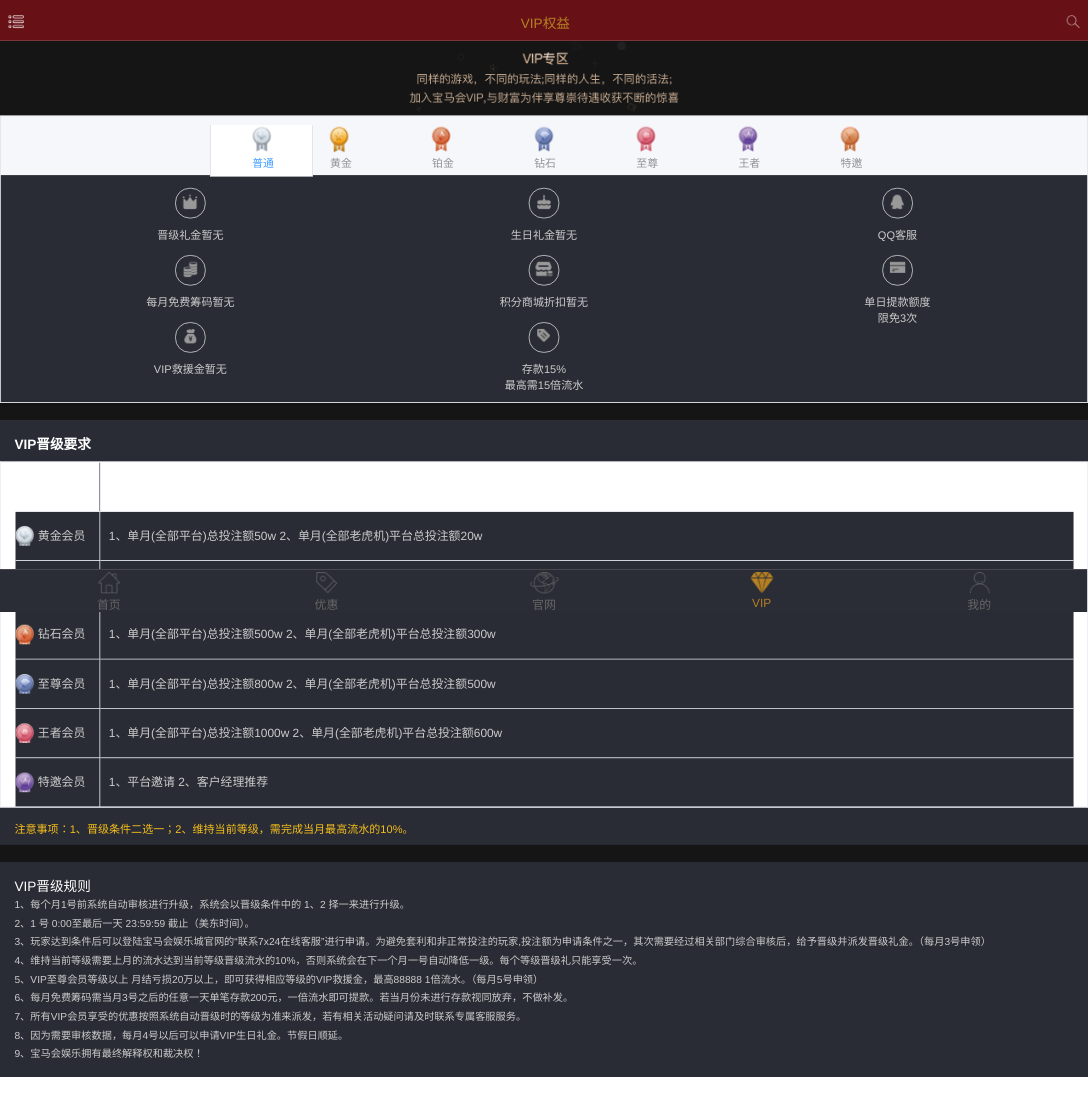
Repository: ada6688/IntegralMall
Page: /Vip
These files come from the project's save history. The page is drawn as it stood at one moment and after the next save; the edit follows.
The browser window is 1280 px wide. The pictures show the whole page, at 85% of full size.
The project was rebuilt for these pictures with package versions that can differ from the ones it lists, and the page was loaded fresh each time. Also part of the build but not shown: src/components/common/Topnav.vue, src/components/page/notice.vue, src/components/page/MainNav.vue, src/components/page/Member.vue, src/components/page/Youhui.vue, src/router/index.js.

Above is the page before, as saved 2020-01-02 20:01:18.

### index.html
<!DOCTYPE html>
<html>
  <head>
    <meta charset="utf-8">
    <meta name="viewport" content="width=device-width,initial-scale=1.0">
    <title>integralmall</title>
  </head>
  <body>
    <div id="app"></div>
    <!-- built files will be auto injected -->
  </body>
</html>

### src/assets/css/common.css
body,p,ul{
  margin: 0;
  padding: 0;
}
li{
  list-style: none;
}
/* 顶部栏 */
.top-nav{
  width: 100%;
  height: 3rem;
  line-height: 3.5rem;
  background-color: #671116;
  position: fixed;
  top: 0;
  z-index: 99;
}
.top-nav > div{
  display: inline-block;
  height: 100%;
}
.top-nav-left{
  float: left;
  margin-left: 10px;
}
.top-nav-right{
  float: right;
  margin-right: 10px;
}
.banner-item > img{
  width: 100%;
}
.swiper-container{
  height: 7.28rem;
}
.top-nav-t{
  color: #B58024;
}
.main-wrap{
  margin-top: 3rem;
  margin-bottom: 2.3rem;
  background: #151515;
}
/* 公告 */
.Notice-sign{
  width: 2rem;
  height: 100%;
  background: url('../images/topnav/lb.png') center no-repeat;
  float: left;
  box-shadow: 1px 0px 5px rgba(0,0,0,0.8);
}
.Notice-textBox {
  width: 100%;
  height: 1.3rem;
  line-height: 1.3rem;
  font-size: .5rem;
  color: #999999;
  background: #2A2D36;
  overflow: hidden;
  position: relative;
  text-align: left;
  z-index: 9;
}
.Notice-text {
  width: 100%;
  padding-left: 42px;
  position: absolute;
  bottom: 0;
}
.slide-enter-active, .slide-leave-active {
  transition: all 0.5s linear;
}
.slide-enter{
  transform: translateY(20px) scale(1);
  opacity: 1;
}
.slide-leave-to {
  transform: translateY(-20px) scale(0.8);
  opacity: 0;
}
/* 底部导航 */
.bottom-tab{
  width:100%;
  height:3.125rem;
  background-color:#2A2D36;
  border-top: 1px solid #656666;
  position: fixed;
  left:0px;
  bottom:0px;
}
.tab-item{
  width: 20%;
  float: left;
  align-items:center;
  justify-content:center;
  font-size:14px;
  color:#666;
  z-index: 999;
}
.NavSigh{
    width:33px;
    margin-top:3px;
}
.on{
  color:#b58023;
}

### src/assets/css/index.css
/****************** 首页商品 *****************/
.products-item{
  width: 45.9%;
  height: 100px;
  padding-right: 3.9%;
  border-right: 1px solid #161616;
  border-bottom: 1px solid #161616;
  background: #292C35;
  float: left;
}
.products-item-even{
  width: 45.9%;
  height: 100px;
  border-bottom: 1px solid #161616;
  background: #292C35;
  padding-left: 3.9%;
  float: left;
}
.product-item-text{
  width: 50%;
  height: 70px;
  color: #ffffff;
  margin-top: 15px;
  float: left;
  text-align: left;
}
.product-item-text p{
  height: 43px;
  font-size: 15px;
  margin-bottom: 5px;
  display: -webkit-box;/*作为弹性伸缩盒子模型显示*/
  -webkit-line-clamp: 2; /*显示的行数；如果要设置2行加...则设置为2*/
  overflow: hidden; /*超出的文本隐藏*/
  text-overflow: ellipsis; /* 溢出用省略号*/
  -webkit-box-orient: vertical;
}
.product-item-text span{
  color: #B58024;
  font-size: 13px;
}
.product-item-img{
  width: 50%;
  height: 100px;
  display: table-cell;
  vertical-align: middle;
  /* float: left; */
}
.product-item-img img{
  max-width: 100%;
}
/******************* VIP *******************/
.level-welfare-wrap, .level-require-wrap{
  padding-bottom: 20px;
}
.VipTop-level-sign{
  display: inline-block;
}
.VipTop-level-text{
  position: absolute;
  bottom: -5px;
}
.vip-level-wrap ul li{
  float: left;
  width: 33.33%;
  height: 79px;
}
.vip-level-wrap ul div{
  width: 34px;
  height: 34px;
  border: 1px solid #CCCCCC;
  border-radius: 17px;
  margin-bottom: 9px;
  display: inline-block;
  vertical-align: middle;
}
.vip-level-wrap ul img{
  margin-top: 7px;
}
.vip-level-wrap ul li>p{
  color: #CCCCCC;
  font-size: 13px;
}
.Vip-level-T{
  color: #ffffff;
  font-size: 16px;
  font-weight: bold;
  text-align: left;
  padding: 15px 0 10px 17px;
  background: #2A2C35;
}
.Vip-level-tips{
  color: #F5BF1B;
  font-size: 13px;
  text-align: left;
  padding: 15px 20px 10px 17px;
  background: #2A2C35;
}
.level-rules-wrap{
  color: #CCCCCC;
  font-size: 12px;
  background: #2A2C35;
  text-align: left;
  padding: 15px 17px 16px 17px;
}
.level-rules-wrap span{
  font-size: 16px;
  color: #ffffff;
}
.level-rules-wrap p{
  line-height: 22px;
  /* margin-top: 5px; */
}

### src/components/common/Bottomnav.vue
<template>
  <div>
    <div class="bottom-tab">
      <div class="tab-item" @click="switchTo('/shouye')">
        <img class="NavSigh" :src="'/shouye' === $route.path ? tabBarImgArr[0].selected : tabBarImgArr[0].normal" alt="首页">
        <p :class="{on: '/shouye' === $route.path}">首页</p>
      </div>
      <div class="tab-item" @click="switchTo('/Youhui')">
        <img class="NavSigh" :src="'/Youhui' === $route.path ? tabBarImgArr[1].selected : tabBarImgArr[1].normal" alt="推荐">
        <p :class="{on: '/Youhui' === $route.path}">优惠</p>
      </div>
      <div class="tab-item">
        <img class="NavSigh" :src="'/' === $route.path ? tabBarImgArr[2].selected : tabBarImgArr[2].normal" alt="搜索">
        <p :class="{on: '/' === $route.path}">官网</p>
      </div>
      <div class="tab-item" @click="switchTo('/Vip')">
        <img class="NavSigh" :src="'/Vip' === $route.path ? tabBarImgArr[3].selected : tabBarImgArr[3].normal" alt="聊天">
        <p :class="{on: '/Vip' === $route.path}">VIP</p>
      </div>
      <div class="tab-item" @click="switchTo('/Member')">
        <img class="NavSigh" :src="'/Member' === $route.path ? tabBarImgArr[4].selected : tabBarImgArr[4].normal" alt="我的">
        <p :class="{on: '/Member' === $route.path}">我的</p>
      </div>
    </div>
  </div>
</template>
<script>
export default {
  data () {
    return {
      tabBarImgArr: [
        {normal: require('../../assets/images/navLogo/sy_x.png'), selected: require('../../assets/images/navLogo/sy.png')},
        {normal: require('../../assets/images/navLogo/yh_x.png'), selected: require('../../assets/images/navLogo/yh.png')},
        {normal: require('../../assets/images/navLogo/gw_x.png'), selected: require('../../assets/images/navLogo/gw.png')},
        {normal: require('../../assets/images/navLogo/zs_x.png'), selected: require('../../assets/images/navLogo/zs.png')},
        {normal: require('../../assets/images/navLogo/wd_x.png'), selected: require('../../assets/images/navLogo/wd.png')}
      ]
    }
  },
  methods: {
    switchTo (path) {
      this.$router.replace(path)
    }
  }
}
</script>
<style>

</style>

### src/components/page/shouye.vue
<template>
  <div>
      <TopNav></TopNav>
      <div class="main-wrap shouye-contain">
        <!-- banner -->
        <swiper :options="swiperOption" ref="mySwiper">
          <!-- slides -->
          <swiper-slide>
            <div class="banner-item">
              <img src="../../assets/images/banner/banner2.png" alt="">
            </div>
          </swiper-slide>
          <swiper-slide>
            <div class="banner-item">
              <img src="../../assets/images/banner/banner2_2.png" alt="">
            </div>
          </swiper-slide>
          <swiper-slide>
            <div class="banner-item">
              <img src="../../assets/images/banner/banner2_3.png" alt="">
            </div>
          </swiper-slide>
          <!-- Optional controls -->
          <!-- <div class="swiper-pagination" slot="pagination"></div> -->
          <!-- <div class="swiper-scrollbar index-banner-circle" slot="scrollbar"></div> -->
        </swiper>
        <!-- 滚动公告 -->
        <Notice></Notice>
        <!-- 推荐分类栏 -->
        <div class="recommend-wrap">
          <el-row>
            <el-tabs type="border-card">
              <el-tab-pane label="推荐">
                <div class="products-item">
                  <div class="product-item-text">
                    <p>商品详情商品详情商品详情商品详情商品详</p>
                    <span>72000积分</span>
                  </div>
                  <div class="product-item-img">
                    <img src="../../assets/images/products/bsbb.png" alt="">
                  </div>
                </div>
                <div class="products-item-even">
                  <div class="product-item-text">
                    <p>商品详情商品详情商品详情商品详情商品详</p>
                    <span>72000积分</span>
                  </div>
                  <div class="product-item-img">
                    <img src="../../assets/images/products/kh.png" alt="">
                  </div>
                </div>
                <div class="products-item">
                  <div class="product-item-text">
                    <p>商品详情商品详情商品详情商品详情商品详</p>
                    <span>72000积分</span>
                  </div>
                  <div class="product-item-img">
                    <img src="../../assets/images/products/lsbb.png" alt="">
                  </div>
                </div>
                <div class="products-item-even">
                  <div class="product-item-text">
                    <p>商品详情商品详情商品详情商品详情商品详</p>
                    <span>72000积分</span>
                  </div>
                  <div class="product-item-img">
                    <img src="../../assets/images/products/sb.png" alt="">
                  </div>
                </div>
                <div class="products-item">
                  <div class="product-item-text">
                    <p>商品详情商品详情商品详情商品详情商品详</p>
                    <span>72000积分</span>
                  </div>
                  <div class="product-item-img">
                    <img src="../../assets/images/products/xs.png" alt="">
                  </div>
                </div>
                <div class="products-item-even">
                  <div class="product-item-text">
                    <p>商品详情商品详情商品详情商品详情商品详</p>
                    <span>72000积分</span>
                  </div>
                  <div class="product-item-img">
                    <img src="../../assets/images/products/xsfs.png" alt="">
                  </div>
                </div>
                <div class="products-item">
                  <div class="product-item-text">
                    <p>商品详情商品详情商品详情商品详情商品详</p>
                    <span>72000积分</span>
                  </div>
                  <div class="product-item-img">
                    <img src="../../assets/images/products/yx.png" alt="">
                  </div>
                </div>
                <div class="products-item-even">
                  <div class="product-item-text">
                    <p>商品详情商品详情商品详情商品详情商品详</p>
                    <span>72000积分</span>
                  </div>
                  <div class="product-item-img">
                    <img src="../../assets/images/products/hw.png" alt="">
                  </div>
                </div>
              </el-tab-pane>
              <el-tab-pane label="数码">数码</el-tab-pane>
              <el-tab-pane label="奖金">奖金</el-tab-pane>
              <el-tab-pane label="生活精品">生活精品</el-tab-pane>
              <el-tab-pane label="奢华品">奢华品</el-tab-pane>
            </el-tabs>
          </el-row>
        </div>
      </div>
      <BottomNav></BottomNav>
  </div>
</template>
<script>
// 引用组件
import BottomNav from '@/components/common/Bottomnav'
import TopNav from '@/components/common/Topnav'
import Notice from '@/components/page/Notice'
import {swiper, swiperSlide} from 'vue-awesome-swiper'

export default {
  name: 'App',
  components: {
    BottomNav,
    TopNav,
    swiper,
    swiperSlide,
    Notice
  },
  data () {
    return {
      swiperOption: {
        scrollbar: {
          el: '.swiper-scrollbar'
        },
        slidesPerView: 1,
        autoplay: {
          delay: 5000,
          disableOnInteraction: false
        },
        loop: true
      }
    }
  }
}
</script>
<style>
.swiper-container{
  height: 100%;
  margin-bottom: -4px;
}
.el-tabs__nav-wrap{
  width: 100%
}
/* .el-tabs__item{
  padding: 0 5.26%;
} */
.el-tabs--border-card{
  border: 0;
}
.el-tabs--border-card>.el-tabs__header .el-tabs__item{
  border: 0
}
.el-tabs--border-card>.el-tabs__header{
  padding: 10px 15px 0;
  background: #151515
}
.el-tabs--border-card>.el-tabs__header .el-tabs__item:not(.is-disabled):hover{
  color: #ffffff;
}
.el-tabs--border-card>.el-tabs__header .el-tabs__item.is-active{
  height: 39px;
  color: #ffffff;
  background: #292C35;
}
.el-tabs--border-card>.el-tabs__header .el-tabs__item{
  color: #666666;
}
.el-tabs__nav-wrap.is-scrollable{
  padding: 0 20px;
  box-sizing: border-box;
}
.el-tabs--border-card{
  box-shadow: 0 0 0 0 rgb(0, 0, 0, 0)
}
.el-tabs--border-card>.el-tabs__content {
  margin-top: -2px;
  background: #292C35;
}

</style>

### src/components/page/Vip.vue
<template>
  <div>
    <TopnavC></TopnavC>
    <div class="main-wrap VIP-contain">
      <div>
        <img src="../../assets/images/VIP/VIP-T.png" alt="">
      </div>
      <div class="level-welfare-wrap">
        <el-row>
          <el-tabs type="border-card">
            <el-tab-pane label="普通">
              <span slot="label"><img class="VipTop-level-sign" src="../../assets/images/VIP/pt.png" alt=""> <p class="VipTop-level-text">普通</p></span>
              <div class="vip-level-wrap">
                <ul>
                  <li>
                    <div>
                      <img src="../../assets/images/VIP/hg.png" alt="">
                    </div>
                    <p>晋级礼金暂无</p>
                  </li>
                  <li>
                    <div>
                      <img src="../../assets/images/VIP/dg.png" alt="">
                    </div>
                    <p>生日礼金暂无</p>
                  </li>
                  <li>
                    <div>
                      <img src="../../assets/images/VIP/QQ.png" alt="">
                    </div>
                    <p>QQ客服</p>
                  </li>
                </ul>
                <ul>
                  <li>
                    <div>
                      <img src="../../assets/images/VIP/jb.png" alt="">
                    </div>
                    <p>每月免费筹码暂无</p>
                  </li>
                  <li>
                    <div>
                      <img src="../../assets/images/VIP/sc.png" alt="">
                    </div>
                    <p>积分商城折扣暂无</p>
                  </li>
                  <li>
                    <div>
                      <img src="../../assets/images/VIP/yhk.png" alt="">
                    </div>
                    <p>单日提款额度<br>限免3次</p>
                  </li>
                </ul>
                <ul>
                  <li>
                    <div>
                      <img src="../../assets/images/VIP/qd.png" alt="">
                    </div>
                    <p>VIP救援金暂无</p>
                  </li>
                  <li>
                    <div>
                      <img src="../../assets/images/VIP/yhbq.png" alt="">
                    </div>
                    <p>存款15%<br>最高需15倍流水</p>
                  </li>
                </ul>
              </div>
            </el-tab-pane>
            <el-tab-pane label="黄金">
              <span slot="label"><img class="VipTop-level-sign" src="../../assets/images/VIP/hj.png" alt=""> <p class="VipTop-level-text">黄金</p></span>
            </el-tab-pane>
            <el-tab-pane label="铂金">
              <span slot="label"><img class="VipTop-level-sign" src="../../assets/images/VIP/bj.png" alt=""> <p class="VipTop-level-text">铂金</p></span>
            </el-tab-pane>
            <el-tab-pane label="钻石">
              <span slot="label"><img class="VipTop-level-sign" src="../../assets/images/VIP/zs.png" alt=""> <p class="VipTop-level-text">钻石</p></span>
            </el-tab-pane>
            <el-tab-pane label="至尊">
              <span slot="label"><img class="VipTop-level-sign" src="../../assets/images/VIP/zz.png" alt=""> <p class="VipTop-level-text">至尊</p></span>
            </el-tab-pane>
            <el-tab-pane label="王者">
              <span slot="label"><img class="VipTop-level-sign" src="../../assets/images/VIP/wz.png" alt=""> <p class="VipTop-level-text">王者</p></span>
            </el-tab-pane>
            <el-tab-pane label="特邀">
              <span slot="label"><img class="VipTop-level-sign" src="../../assets/images/VIP/ty.png" alt=""> <p class="VipTop-level-text">特邀</p></span>
            </el-tab-pane>
          </el-tabs>
        </el-row>
      </div>
      <div class="level-require-wrap">
        <p class="Vip-level-T">VIP晋级要求</p>
        <el-table
          :data="tableData"
          border
          style="width: 100%">
          <el-table-column
            prop="level"
            label="会员等级"
            width="100%">
            <!-- <template scope="scope">
              <img v-for="item in scope.row.pictures" :key="item" :src="item" width="40" height="40" class="head_pic"/>
            </template> -->
          </el-table-column>
          <el-table-column
            prop="detail"
            label="晋级条件">
          </el-table-column>
        </el-table>
        <p class="Vip-level-tips">注意事项：1、晋级条件二选一；2、维持当前等级，需完成当月最高流水的10%。</p>
      </div>
      <div class="level-rules-wrap">
        <span>VIP晋级规则</span>
        <p>1、每个月1号前系统自动审核进行升级，系统会以晋级条件中的 1、2 择一来进行升级。</p>
        <p>2、1 号 0:00至最后一天 23:59:59 截止（美东时间）。</p>
        <p>3、玩家达到条件后可以登陆宝马会娱乐城官网的“联系7x24在线客服”进行申请。为避免套利和非正常投注的玩家,投注额为申请条件之一，其次需要经过相关部门综合审核后，给予晋级并派发晋级礼金。（每月3号申领）</p>
        <p>4、维持当前等级需要上月的流水达到当前等级晋级流水的10%，否则系统会在下一个月一号自动降低一级。每个等级晋级礼只能享受一次。</p>
        <p>5、VIP至尊会员等级以上 月结亏损20万以上，即可获得相应等级的VIP救援金，最高88888 1倍流水。（每月5号申领）</p>
        <p>6、每月免费筹码需当月3号之后的任意一天单笔存款200元，一倍流水即可提款。若当月份未进行存款视同放弃，不做补发。</p>
        <p>7、所有VIP会员享受的优惠按照系统自动晋级时的等级为准来派发，若有相关活动疑问请及时联系专属客服服务。</p>
        <p>8、因为需要审核数据，每月4号以后可以申请VIP生日礼金。节假日顺延。</p>
        <p>9、宝马会娱乐拥有最终解释权和裁决权！</p>
      </div>
    </div>
    <Bottomnav></Bottomnav>
  </div>
</template>
<script>
import TopnavC from '@/components/common/Topnav-c'
import Bottomnav from '@/components/common/Bottomnav'

export default {
  name: 'App',
  components: {
    TopnavC,
    Bottomnav
  },
  data () {
    return {
      tableData: [{
        level: '黄金会员',
        detail: '1、单月(全部平台)总投注额50w' + '\n' + '2、单月(全部老虎机)平台总投注额20w'
      }, {
        level: '铂金会员',
        detail: '1、单月(全部平台)总投注额200w' + '\n' + '2、单月(全部老虎机)平台总投注额120w'
      }, {
        level: '钻石会员',
        detail: '1、单月(全部平台)总投注额500w' + '\n' + '2、单月(全部老虎机)平台总投注额300w'
      }, {
        level: '至尊会员',
        detail: '1、单月(全部平台)总投注额800w' + '\n' + '2、单月(全部老虎机)平台总投注额500w'
      }, {
        level: '王者会员',
        detail: '1、单月(全部平台)总投注额1000w' + '\n' + '2、单月(全部老虎机)平台总投注额600w'
      }, {
        level: '特邀会员',
        detail: '1、平台邀请' + '\n' + '2、客户经理推荐'
      }],
      row: [{
        picture: '../../assets/images/VIP/pt.png'
      }]
    }
  }
}
</script>
<style>
.el-table .cell {
  white-space: pre-line;
}
.el-table{
  padding: 0 17px 0 17px
}
.el-table td, .el-table th.is-leaf,.el-table--border, .el-table--group{
  border-color: #343947;
  background: #292C35;
  color: #cccccc
}
.el-table td, .el-table th{
  height: 58px;
  padding: 0
}
.el-table th{
  font-weight: normal;
  text-align: center;
  color: #ffffff !important;
}
.el-table td:first-child{
  text-align: center
}
.el-table::before{
  background: transparent
}
.el-table--enable-row-hover .el-table__body tr:hover>td{
  background: #292C35
}
.el-table--border tr:first-child td:first-child .cell{
  padding-left: 20px;
  background: url(../../assets/images/VIP/pt.png) no-repeat;
}
.el-table--border tr:nth-child(2) td:first-child .cell{
  padding-left: 20px;
  background: url(../../assets/images/VIP/hj.png) no-repeat;
}
.el-table--border tr:nth-child(3) td:first-child .cell{
  padding-left: 20px;
  background: url(../../assets/images/VIP/bj.png) no-repeat;
}
.el-table--border tr:nth-child(4) td:first-child .cell{
  padding-left: 20px;
  background: url(../../assets/images/VIP/zs.png) no-repeat;
}
.el-table--border tr:nth-child(5) td:first-child .cell{
  padding-left: 20px;
  background: url(../../assets/images/VIP/zz.png) no-repeat;
}
.el-table--border tr:nth-child(6) td:first-child .cell{
  padding-left: 20px;
  background: url(../../assets/images/VIP/wz.png) no-repeat;
}
.el-table--border tr:nth-child(7) td:first-child .cell{
  padding-left: 20px;
  background: url(../../assets/images/VIP/ty.png) no-repeat;
}
.el-tabs__nav,.el-tabs__nav-wrap{
  width: 100%
}

.el-tabs--border-card{
  border: 0;
}
.el-tabs--border-card>.el-tabs__header .el-tabs__item{
  border: 0;
  font-size: .8rem;
}
.el-tabs--border-card>.el-tabs__header{
  padding: 10px 3.65% 0;
  background: #151515
}
.el-tabs--border-card>.el-tabs__header .el-tabs__item:not(.is-disabled):hover{
  color: #ffffff;
}
.el-tabs--border-card>.el-tabs__header .el-tabs__item.is-active{
  height: 39px;
  color: #ffffff;
  background: #292C35;
}
.el-tabs--border-card>.el-tabs__header .el-tabs__item{
  color: #666666;
}
.el-tabs__nav-wrap.is-scrollable{
  padding: 0 20px;
  box-sizing: border-box;
}
.el-tabs--border-card{
  box-shadow: 0 0 0 0 rgb(0, 0, 0, 0)
}
.el-tabs--border-card>.el-tabs__content {
  margin-top: -2px;
  background: #292C35;
}
.el-tabs--border-card>.el-tabs__header .el-tabs__item,.el-tabs--top.el-tabs--border-card>.el-tabs__header .el-tabs__item:nth-child(2),.el-tabs--top.el-tabs--border-card>.el-tabs__header .el-tabs__item:last-child{
  padding: 2px 4.1% 0;
  height: 62px;
  vertical-align: bottom;
}
@media screen and (max-width: 360px) {
  .el-tabs--border-card>.el-tabs__header .el-tabs__item,.el-tabs--top.el-tabs--border-card>.el-tabs__header .el-tabs__item:nth-child(2),.el-tabs--top.el-tabs--border-card>.el-tabs__header .el-tabs__item:last-child{
  padding: 2px 3.5% 0;
  height: 62px;
  vertical-align: bottom;
}
}
.el-tabs--border-card>.el-tabs__header .el-tabs__item.is-active{
  height: 62px;
}
</style>

### src/components/common/Topnav-c.vue
<template>
  <div>
    <div class="top-nav">
      <div class="top-nav-left">
        <img src="../../assets/images/topnav/cd.png" alt="菜单">
      </div>
      <div class="top-nav-t">
        <p>VIP权益</p>
      </div>
      <div class="top-nav-right">
        <img src="../../assets/images/topnav/ss.png" alt="搜索">
      </div>
    </div>
  </div>
</template>
<script>
export default {
  data () {
    return {
      tabBarImgArr: [
        {normal: require('../../assets/images/topnav/logo.png')},
        {normal: require('../../assets/images/topnav/ss.png')},
        {normal: require('../../assets/images/topnav/cd.png')}
      ]
    }
  }
}
</script>
<style>

</style>

Loaded but not shown: src/App.vue (common file); src/main.js (38 lines, source omitted)

After the next save:
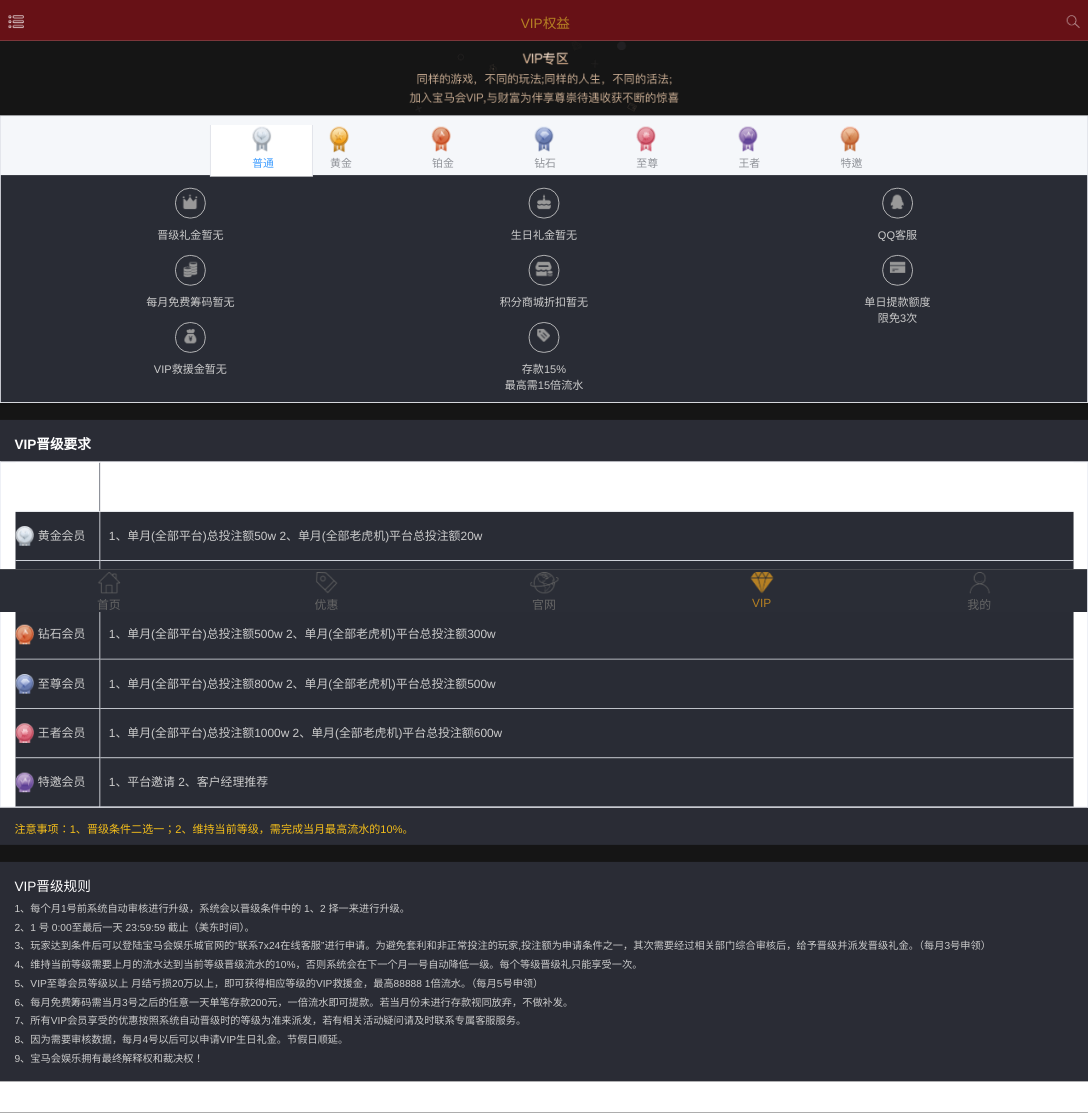
Saved 25 s later.
--- a/src/assets/css/index.css
+++ b/src/assets/css/index.css
@@ -105,6 +105,8 @@
 .level-rules-wrap span{
   font-size: 16px;
   color: #ffffff;
+  display: inline-block;
+  margin-bottom: 5px;
 }
 .level-rules-wrap p{
   line-height: 22px;
